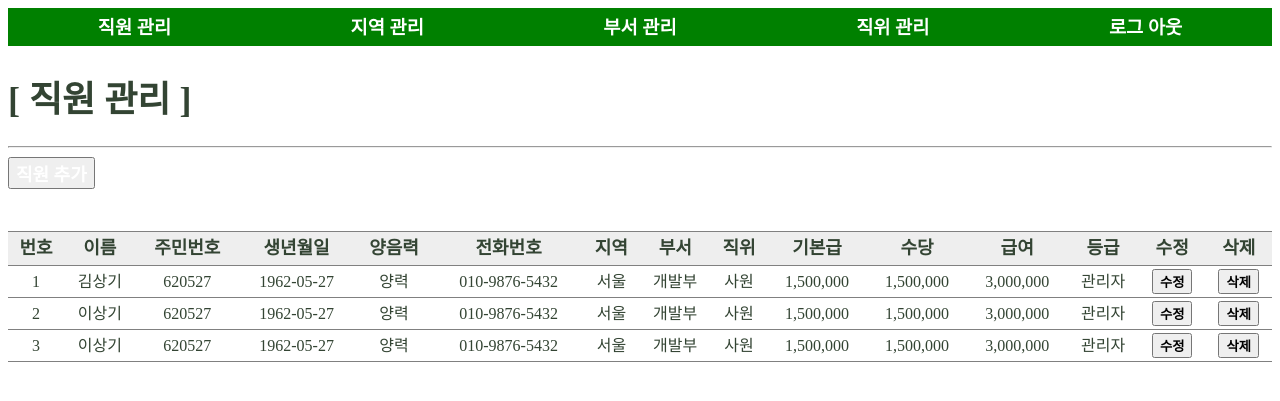
Repository: Umkimisstrong/UM_SpringMVCStudy
Page: http://localhost/mvc04/EmployeeList.jsp
The author's editor kept a copy of each file at every save. The page is drawn from the files as they stood at one save, then again after the next save.
The browser window is 1280 px wide. The pictures show the whole page.
The pointer rests on the first visible `.btn`.
The page is served by Tomcat 9.

Above is the page before, as saved 2022-05-27 01:46:30.

### mvc04/WebContent/EmployeeList.jsp
<%@ page contentType="text/html; charset=UTF-8"%>
<%@ taglib prefix="c" uri="http://java.sun.com/jsp/jstl/core"%>
<%
	request.setCharacterEncoding("UTF-8");
	String cp = request.getContextPath();
%>
<!DOCTYPE html>
<html>
<head>
<meta charset="UTF-8">
<title>EmployeeList.jsp</title>
<link rel="stylesheet" type="text/css" href="<%=cp %>/css/menuStyle.css">
<link rel="stylesheet" type="text/css" href="<%=cp %>/css/main.css">
</head>
<body>

<!---------------------------------------------------
	#15 EmployeeList.jsp
	- 직원 리스트 출력 페이지
	- 관리자가 접근하는 직원 데이터 출력 페이지
	  (일반 직원이 접근하는 직원 데이터 출력페이지는
	   EmpList.jsp로 구성 예정)
 ---------------------------------------------------->


<div>
	<!-- 메뉴 영역 -->
	<div id="menu">
		<ul>
			<li>
				<a href="" class="menu">직원 관리</a>
			</li>

			<li>
				<a href="" class="menu">지역 관리</a>
			</li>

			<li>
				<a href="" class="menu">부서 관리</a>
			</li>

			<li>
				<a href="" class="menu">직위 관리</a>
			</li>

			<li>
				<a href="" class="menu">로그 아웃</a>
			</li>
		</ul>
	</div>

	<!-- 콘텐츠 영역 -->
	<div id="content">
		<h1>[ 직원 관리 ]</h1>
		<hr />

		<div>
			<form action="">
				<input type="button" value="직원 추가" class="btn" onclick="" />
			</form>
		</div>
		<br />
		<br />
	<!-- ---------------------------------------------------
	EMPLOYEEID NAME SSN BIRTHDAY LUNAR LUNARNAME TELEPHONE
	DEPARTMENTID DEPARTMENTNAME POSITIONID POSITIONNAME
	REGIONID REGIONNAME BASICPAY EXTRAPAY PAY GRADE
	----------------------------------------------------  -->
	<table id="customers" class="table">
		<tr>
			<!-- 항목 15EA -->
			<th>번호</th>
			<th>이름</th>
			<th>주민번호</th>
			<th>생년월일</th>
			<th>양음력</th>
			<th>전화번호</th>
			<th>지역</th>
			<th>부서</th>
			<th>직위</th>
			<th>기본급</th>
			<th>수당</th>
			<th>급여</th>
			<th>등급</th>
			<th>수정</th>
			<th>삭제</th>
		</tr>

		<tr>
			<td>1</td>
			<td>김상기</td>
			<td>620527</td>
			<td>1962-05-27</td>
			<td>양력</td>
			<td>010-9876-5432</td>
			<td>서울</td>
			<td>개발부</td>
			<td>사원</td>
			<td>1,500,000</td>
			<td>1,500,000</td>
			<td>3,000,000</td>
			<td>관리자</td>
			<td><button type="button" class="btn">수정</button></td>
			<td><button type="button" class="btn">삭제</button></td>
		</tr>
		<tr>
			<td>2</td>
			<td>이상기</td>
			<td>620527</td>
			<td>1962-05-27</td>
			<td>양력</td>
			<td>010-9876-5432</td>
			<td>서울</td>
			<td>개발부</td>
			<td>사원</td>
			<td>1,500,000</td>
			<td>1,500,000</td>
			<td>3,000,000</td>
			<td>관리자</td>
			<td><button type="button" class="btn">수정</button></td>
			<td><button type="button" class="btn">삭제</button></td>
		</tr>
		<tr>
			<td>3</td>
			<td>이상기</td>
			<td>620527</td>
			<td>1962-05-27</td>
			<td>양력</td>
			<td>010-9876-5432</td>
			<td>서울</td>
			<td>개발부</td>
			<td>사원</td>
			<td>1,500,000</td>
			<td>1,500,000</td>
			<td>3,000,000</td>
			<td>관리자</td>
			<td><button type="button" class="btn">수정</button></td>
			<td><button type="button" class="btn">삭제</button></td>
		</tr>



	</table>



	</div>

	<!-- 회사 소개 및 어플리케이션 소개 영역 -->
	<div id="footer">

	</div>






</div>





</body>
</html>

### mvc04/WebContent/css/menuStyle.css
@charset "UTF-8";

/* ========================
    #14. menuStyle.css
    - 메뉴스타일 구성
======================== */

ul
{
	list-style-type: none;
	margin: 0;
	padding: 0;
	overflow: hidden;
}

li
{
	width: 20%;
	float: left;
}

a.menu:link, a.menu:visited
{
	display: block;
	font-weight: bold;
	color: #ffffff;
	background-color: #008000;
	text-align: center;
	padding: 4px;
	text-decoration: none;
	text-transform: uppercase;
	height: 30px;
	font-size: 14pt;
}

a.menu:hover, a.menu:active
{
	background-color: #ffffff;
	color: #008000;
	border: 2px solid #008000;
	border-radius: 5px;
	height: 26px;
}

### mvc04/WebContent/css/main.css
@charset "UTF-8";

/* ========================
	#16 main.css
	- 기본 스타일 지정
======================== */

body, p, div, span, input, table, th, td, select, textarea
{
	font-size: 18px;
	font-family: 맑은 고딕;
	color: #343;

}
a
{
	text-decoration: none;
	color: gray;
}

a:hover
{
	text-decoration: underline;
	color: red;

}
.table
{
	border-collapse: collapse;
	width: 100%;
}
.table th, .table td
{
	border: 1px solid gray;
	border-left: 0px;
	border-right: 0px;

	padding: 3px;
	line-height: 150%;
	text-align: center;
}


.table th
{
	font-weight: bold;
	background-color: #eee;
}

.table td
{
	font-size: 12pt;
}

.btn
{
	cursor: pointer;
	font-family: 맑은 고딕;
	font-weight: bold;
}

.btn:hover
{
	color: #ffffff;
	background-color: #00800;
}

After the next save:
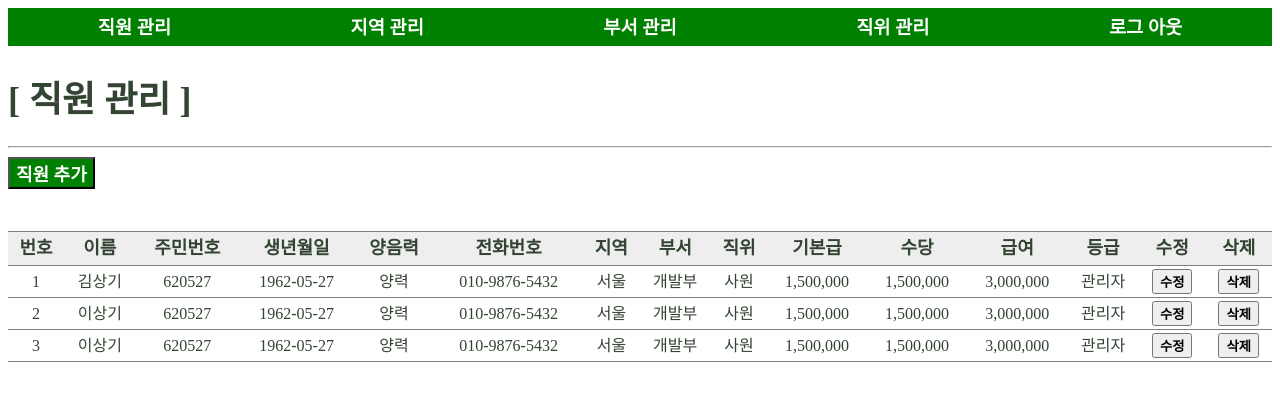
Saved 8 s later.
--- a/mvc04/WebContent/css/main.css
+++ b/mvc04/WebContent/css/main.css
@@ -62,5 +62,5 @@ a:hover
 .btn:hover
 {
 	color: #ffffff;
-	background-color: #00800;
+	background-color: #008000;
 }
